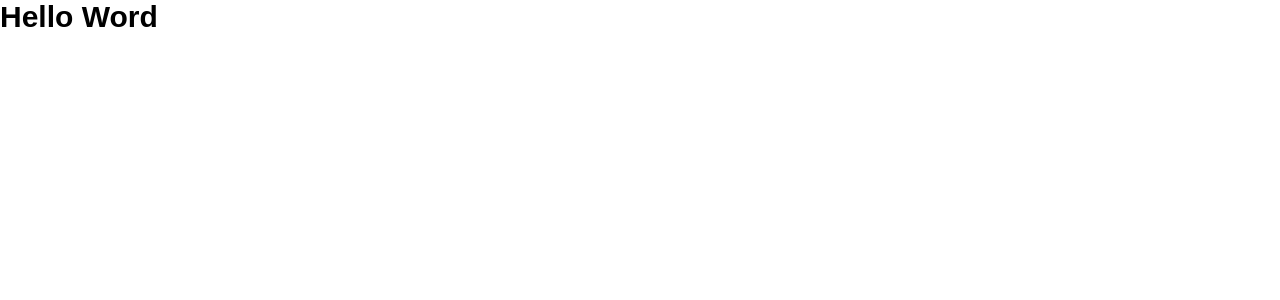
Repository: soualexandre/github-explore
Page: /
An editor plug-in stored every save of this project. The page is shown before and after the next save, followed by the edit.
The browser window is 1280 px wide. The pictures show the whole page.
The project was rebuilt for these pictures with package versions that can differ from the ones it lists, and the page was loaded fresh each time. Also part of the build but not shown: webpack.config.js.

Above is the page before, as saved 2021-07-09 14:30:54.

### public/index.html
<!DOCTYPE html>
<html lang="en">
<head>
    <meta charset="UTF-8">
    <meta http-equiv="X-UA-Compatible" content="IE=edge">
    <meta name="viewport" content="width=device-width, initial-scale=1.0">
    <title>Github Explore</title>
</head>
<body>
    <div id="root"></div>
    <script src="../dist/bundle.js"></script>
</body>
</html>

### src/index.jsx
import {render} from 'react-dom'
import {App} from './App'
render(
    <App/>,
     document.getElementById("root"))

### src/App.jsx
import React from 'react'
import './atyles/global.scss'
export function App(){
    return <h1>Hello Word</h1>
}

### src/atyles/global.scss
*{
    margin: 0;
    padding: 0;
    box-sizing: border-box;
}
body{
    font-family: Arial, Helvetica, sans-serif;
    H1{
        font-size: 30PX;
    }
}

After the next save:
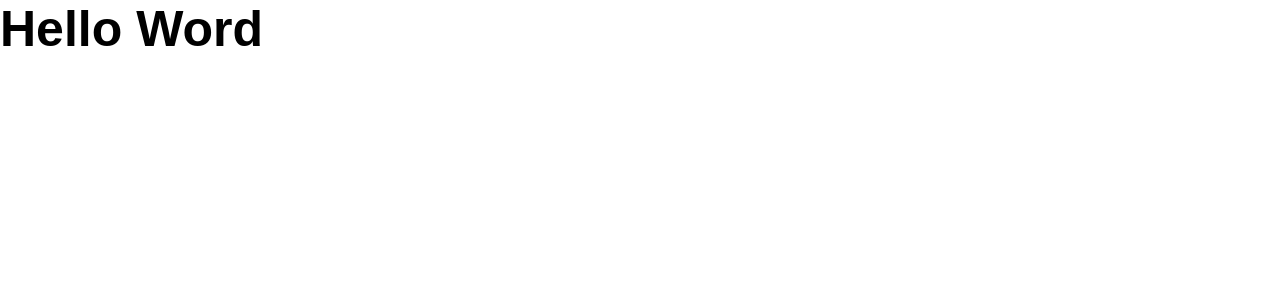
Saved 12 s later.
--- a/src/atyles/global.scss
+++ b/src/atyles/global.scss
@@ -6,6 +6,6 @@
 body{
     font-family: Arial, Helvetica, sans-serif;
     H1{
-        font-size: 30PX;
+        font-size: 50PX;
     }
 }
